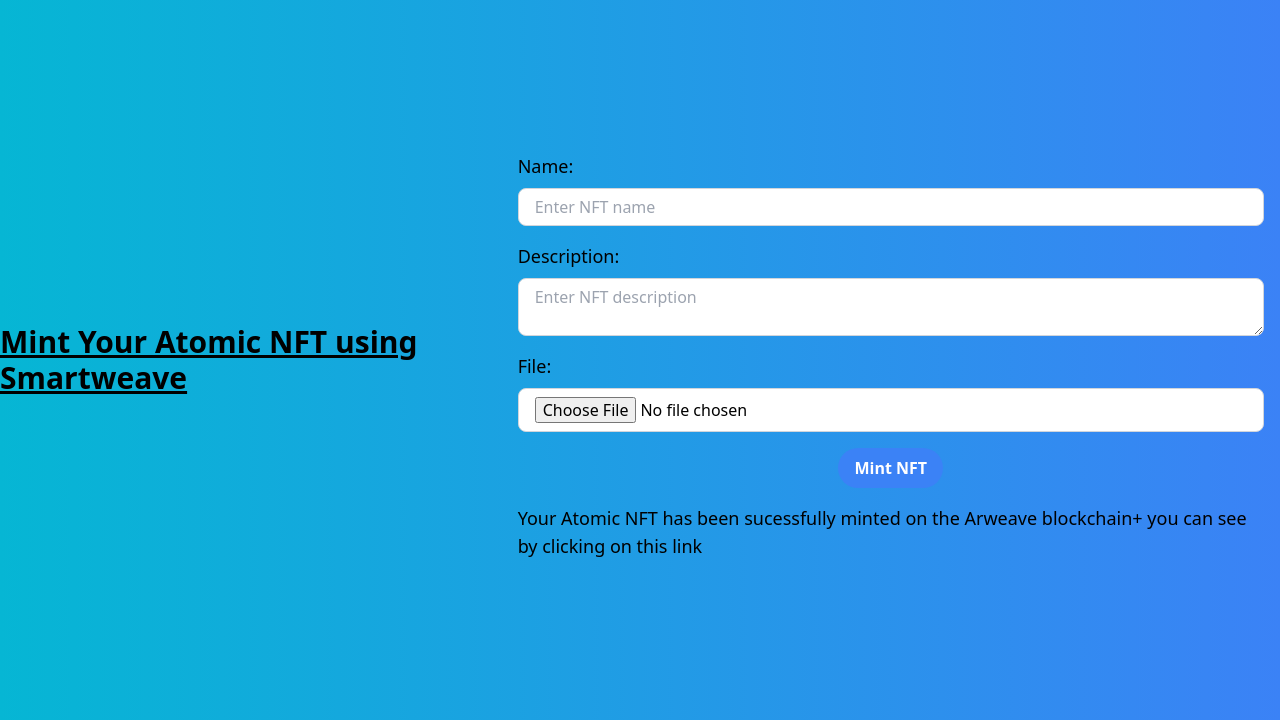
Repository: pawelpiwowarski/arweave-nft
Page: /
The author's editor kept a copy of each file at every save. The page is drawn from the files as they stood at one save, then again after the next save.
The browser window is 1280 px wide. The pictures show the whole page.
The project was rebuilt for these pictures with package versions that can differ from the ones it lists, and the page was loaded fresh each time. The framework's server and built-in components were replaced by stand-ins that run in the browser.

Above is the page before, as saved 2023-01-30 14:57:24.

After the next save:
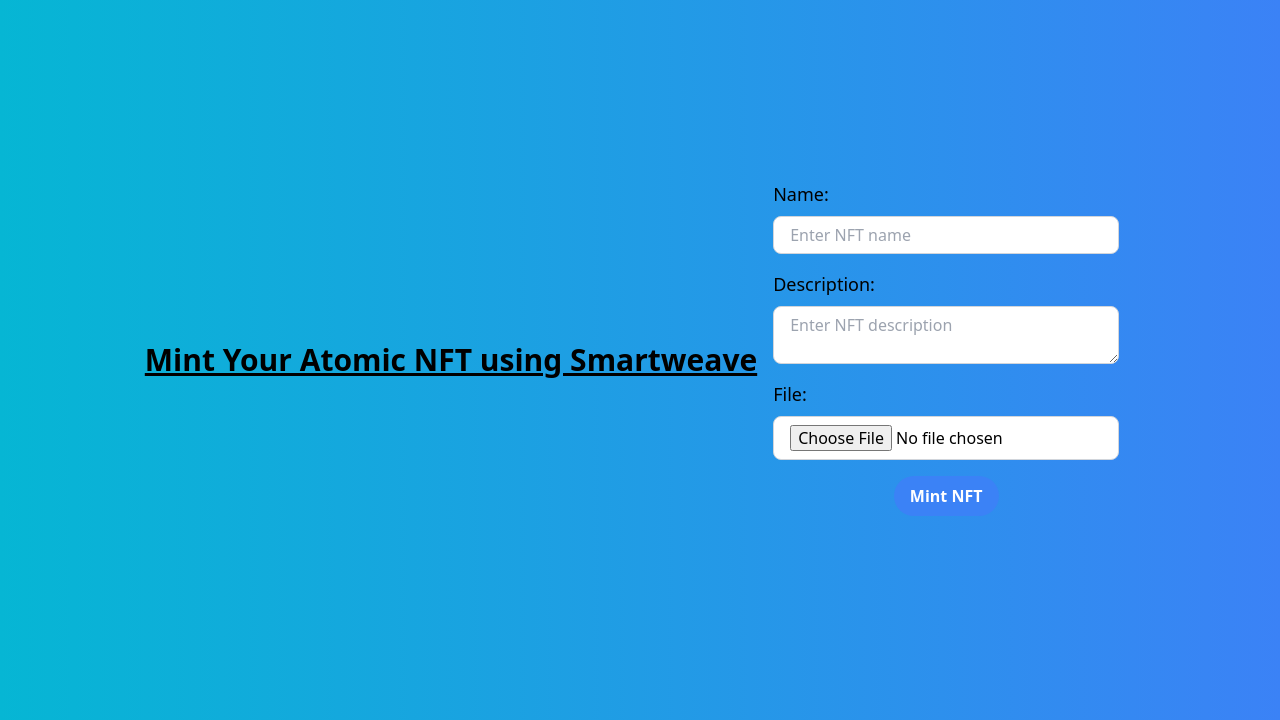
Saved 22 s later.
--- a/pages/index.tsx
+++ b/pages/index.tsx
@@ -87,7 +87,7 @@
   </div>
 
   <div className="flex flex-col m-4">
-    <p className="text-lg font-medium mb-2" > {  "Your Atomic NFT has been sucessfully minted on the Arweave blockchain"}+  {"\n"} {"you can see by clicking on this link"} <a target="_blank" href={respoonse}> {respoonse}</a></p>
+    <p className="text-lg font-medium mb-2" > { respoonse &&  "Your Atomic NFT has been sucessfully minted on the Arweave blockchain  you can see by clicking on this link"} <a target="_blank" href={respoonse}> {respoonse}</a></p>
   </div>
 
 
